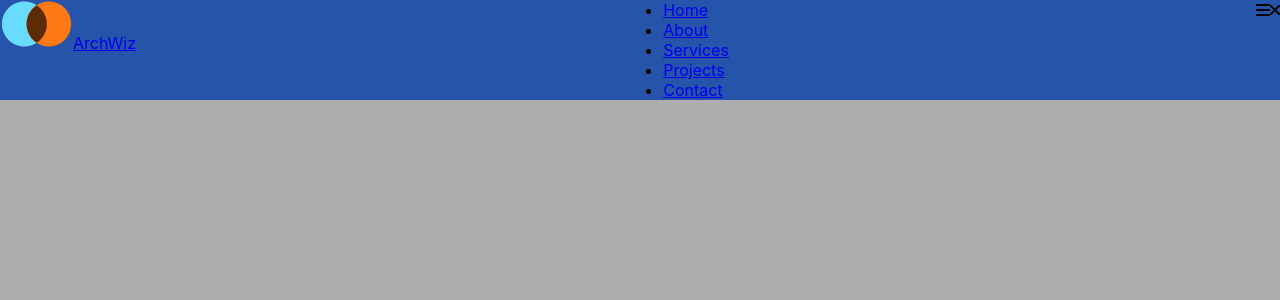
Repository: SaadYasin/responsive-navbar001
Page: /
These files come from the project's save history. The page is drawn as it stood at one moment and after a run of saves; the edit follows.
The browser window is 1280 px wide. The pictures show the whole page.
The project was rebuilt for these pictures with package versions that can differ from the ones it lists, and the page was loaded fresh each time. Also part of the build but not shown: vite.config.js, src/App.css.

Above is the page before, as saved 2023-01-12 17:24:44.

After the next 5 saves:
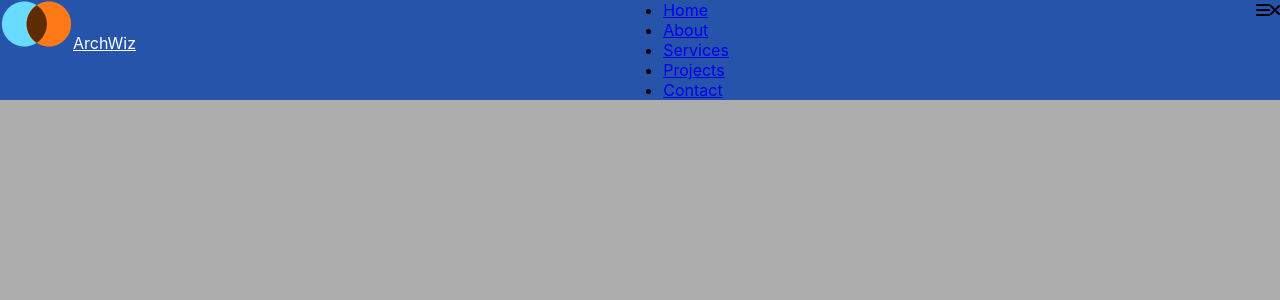
The 5 saves are shown as one change because they came seconds apart.
The last was saved 19 s later.
--- a/src/styles/navbar.css
+++ b/src/styles/navbar.css
@@ -4,4 +4,6 @@
   background-color: rgb(38, 84, 170);
 }
 
-.header
+.header-logo a {
+  color: white;
+}
